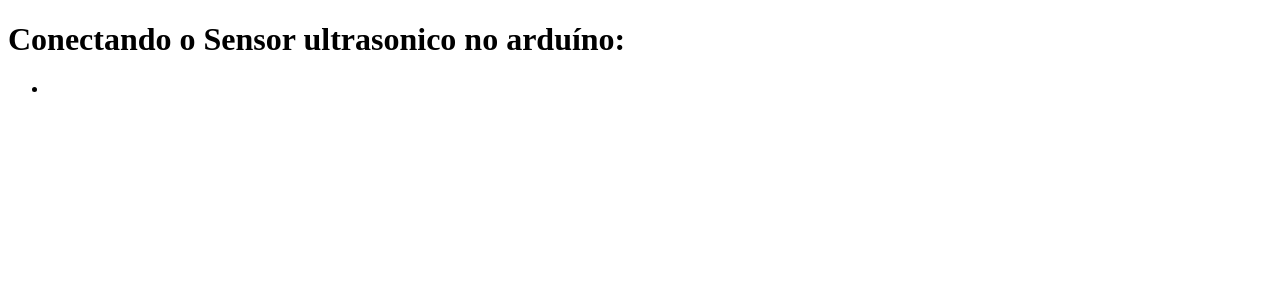
Repository: Eito2511/Site-tutorial-arduino
Page: tutorial.html
These files come from the project's save history. The page is drawn as it stood at one moment and after a run of saves; the edit follows.
The browser window is 1280 px wide. The pictures show the whole page.

Above is the page before, as saved 2025-06-03 18:10:43.

### tutorial.html
<!DOCTYPE html>
<html lang="en">
<head>
    <meta charset="UTF-8">
    <meta name="viewport" content="width=device-width, initial-scale=1.0">
    <title>Tutorial</title>
</head>
<body>
    <h1>Conectando o Sensor ultrasonico no arduíno:</h1>
    <ul>
        <li></li>
    </ul>

</body>
</html>

After the next 2 saves:
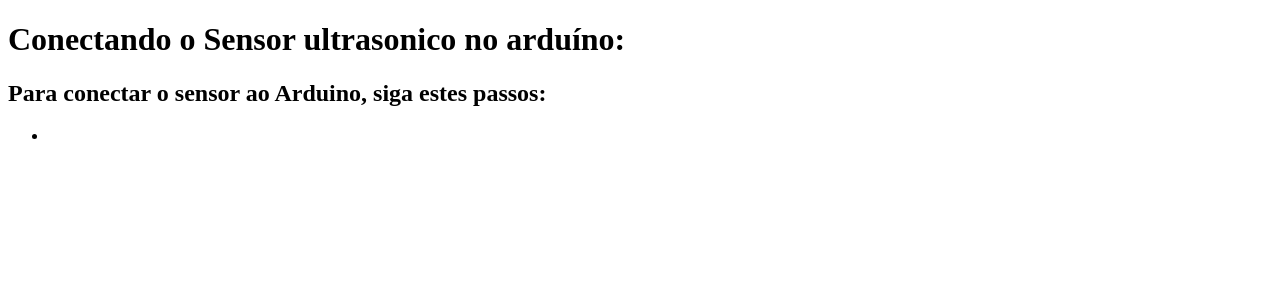
The 2 saves are shown as one change because they came seconds apart.
The last was saved 21 s later.
--- a/tutorial.html
+++ b/tutorial.html
@@ -7,6 +7,7 @@
 </head>
 <body>
     <h1>Conectando o Sensor ultrasonico no arduíno:</h1>
+    <h2>Para conectar o sensor ao Arduino, siga estes passos:</h2>
     <ul>
         <li></li>
     </ul>
